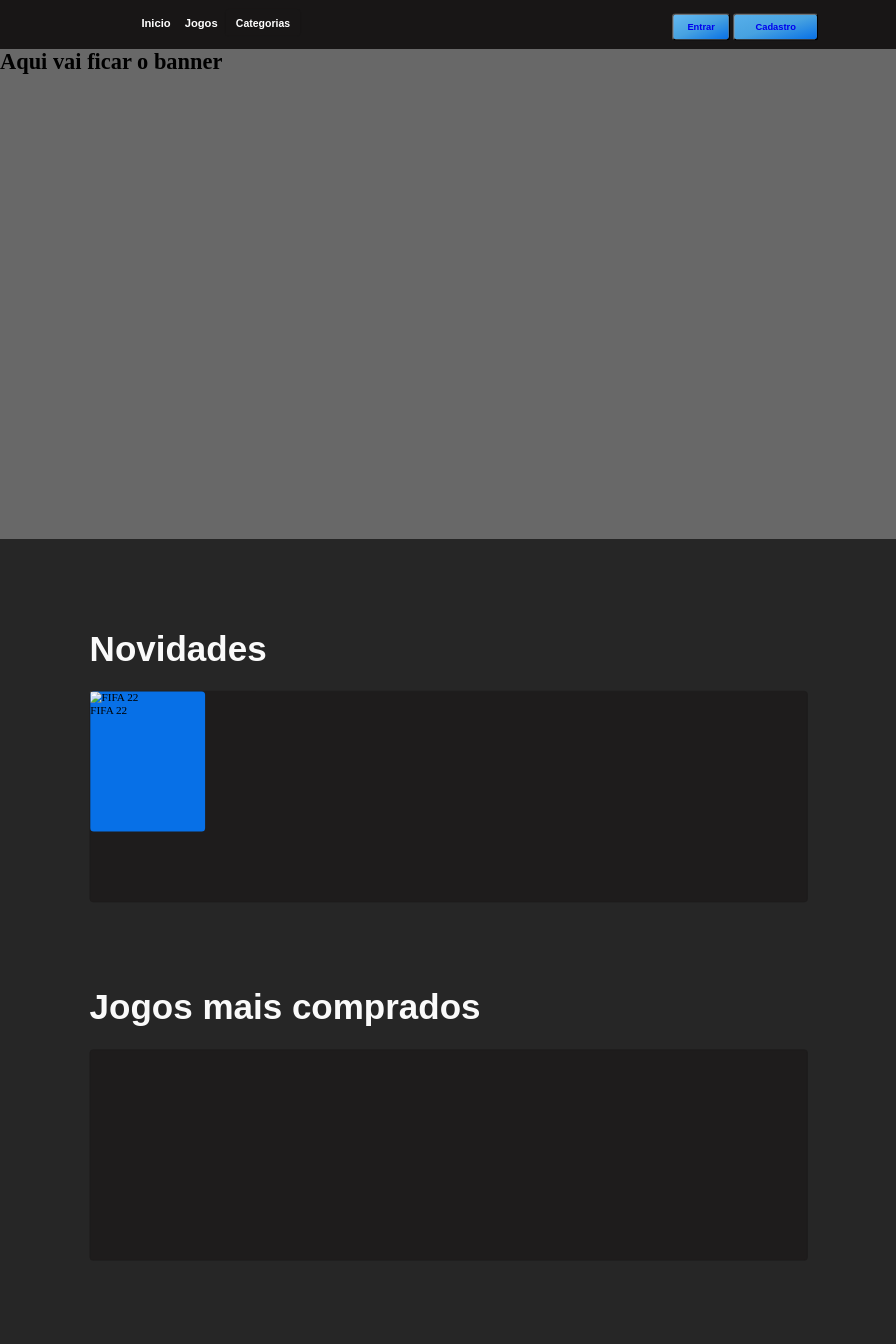
Repository: MarcoantonioCaldeira/Projeto-Go-Gamming
Page: /
The author's editor kept a copy of each file at every save. The page is drawn from the files as they stood at one save, then again after the next save.
The browser window is 1280 px wide. The pictures show the part of the page from y = 0 to 1920 px (the page is 3570 px tall), at 70% of full size.
The project was rebuilt for these pictures with package versions that can differ from the ones it lists, and the page was loaded fresh each time. Also part of the build but not shown: src/pages/Jogos/Jogos.js, src/pages/Categorias/Acao.js, src/pages/Categorias/Aventura.js, src/pages/Categorias/Arcades.js, src/pages/Categorias/Familia.js, src/pages/Categorias/Independentes.js, src/pages/Categorias/Jogos_RPG.js, src/pages/Categorias/Gratuitos.js and 4 more.

Above is the page before, as saved 2023-02-13 19:29:42.

### src/App.js
import ReactDOM from "react-dom/client";
import "./fonts/Poppins.ttf";
import { BrowserRouter, Routes, Route } from "react-router-dom";

import Menu from "./pages/Menu/Menu";
import Inicio from "./pages/Inicio/Inicio";

//Categorias
import Jogos from "./pages/Jogos/Jogos";
import Acao from "./pages/Categorias/Acao";
import Aventura from "./pages/Categorias/Aventura";
import Arcades from "./pages/Categorias/Arcades";
import Familia from "./pages/Categorias/Familia";
import Independentes from "./pages/Categorias/Independentes";
import Jogos_RPG from "./pages/Categorias/Jogos_RPG";
import Gratuitos from "./pages/Categorias/Gratuitos";
import Terror from "./pages/Categorias/Terror";
import Suspence from "./pages/Categorias/Suspence";


import Login from "./pages/Login/Login";
import Cadastro from "./pages/Cadastro/Cadastro";

function App() {
  return (
   <BrowserRouter>
    <Routes>
      <Route path="/" element={<Menu />}>
          <Route index element={<Inicio />} />
          <Route path="jogos" element={< Jogos />} />
            <Route path="Acao" element={<Acao />} />
            <Route path="Aventura" element={<Aventura />} />
            <Route path="Arcades" element={<Arcades />} />
            <Route path="Familia" element={<Familia />} />
            <Route path="Independentes" element={<Independentes />} />
            <Route path="Jogos_RPG" element={<Jogos_RPG />} />
            <Route path="Gratuitos" element={<Gratuitos />} />
            <Route path="Terror" element={<Terror />} />
            <Route path="Suspence" element={<Suspence />} />
          <Route path="Login" element={<Login />} />
          <Route path="Cadastro" element={<Cadastro />} />
        </Route>
    </Routes>
   </BrowserRouter>
  );
}

const root = ReactDOM.createRoot(document.getElementById('root'))
root.render(<App />);

export default App;

### src/pages/Menu/Menu.js
import { Outlet, Link } from "react-router-dom";
import './estilo.css';


const Menu = () => {
  return (
      <>
        <nav id="nav_bar">
          <ul id="menu">
            <li>
              <Link to="/">Inicio</Link>
            </li>
            <li>
              <Link to="/Jogos">Jogos</Link>
            </li>
            <div class="dropdown" >
              <button class="dropbtn">Categorias</button>
                  <div class="dropdown-content">
                    <a><Link to="./Acao">Ação</Link></a>
                    <a><Link to="./Aventura">Aventura</Link></a>
                    <a><Link to="./Arcades">Arcades</Link></a>
                    <a><Link to="./Familia">Familia</Link></a>
                    <a><Link to="./Independentes">Independetes</Link></a>
                    <a><Link to="./Jogos_RPG">Jogos_RPG</Link></a>
                    <a><Link to="./Gratuitos">Gratuitos</Link></a>
                    <a><Link to="./Terror">Torror</Link></a>
                    <a><Link to="./Suspence">Suspence</Link></a>
                  </div>
            </div>
          </ul>
          <div id="area_cliente">
            <button class="area_cliente_login"><Link to="./Login">Entrar</Link></button>
            <button class="area_cliente_cadastro"><Link to="./Cadastro">Cadastro</Link></button>
          </div>
        </nav>
        <Outlet />
      </>
  )
};

export default Menu;

### src/pages/Inicio/Inicio.js
import "./estilo.css";
import  Rodape from  "../rodape/rodape";
import ItemJogo from "../Item_Jogo";


const Inicio = () => {

    return(
        <div>

            <div id="Local_Img">
                <h1>Aqui vai ficar o banner</h1>
            </div>
            <div id="Corpo_Site">

                <div id="Area_Principal">

                    <h2 class="h1_novidades">Novidades</h2>

                    <div id="Area_Novidades">
                        <ItemJogo jogo="FIFA 22" imagem=""/>
                    </div>
                </div>


                <div id="Area_Principal_2">

                    <h2 class="h1_mais_comprados">Jogos mais comprados</h2>

                    <div id="Area_Mais_Comprados">

                    </div>
                </div>

            </div>
            <Rodape />
        </div>
    )
}

export default Inicio;

### src/pages/Menu/estilo.css

*{
    text-decoration: none;
    margin: 0;
    padding: 0;
}

#nav_bar{
    width: 100%;
    height: 70px;
    background-color: #181616;
}

#menu{
    width:20%;
    height: 70px;
    margin-left: 15%;
    /* background-color: red; */
    list-style:none;
}

#nav_bar li{
    position:relative;
    float:left;
}

#nav_bar li a{
    text-decoration:none;
    padding:5px 10px;
    margin-top: 30%;
    display:block;
    color: white;
    font-weight: 700;
    font-family: 'Montserrat', sans-serif;
}



/* DropDown Button */

.dropdown {
    position: relative;
    display: inline-block;
}


.dropbtn{
    position: relative;
    background-color: #181616;
    padding: 10px 15px;
    font-size: 15px;
    margin-top: 12%;
    font-family: 'Montserrat', sans-serif;
    font-weight: 700;
    border: 1px solid;
    border-radius: 5px;
    border-color: #181616;
    color: white;
}


.dropdown-content {
    display: none;
    position: absolute;
    background-color: #222121;
    font-size: 80%;
    font-weight: 700;
    font-family: 'Montserrat', sans-serif;
    min-width: 80px;
    box-shadow: 0px 8px 16px 0px rgba(0,0,0,0.2);
    z-index: 1;
  }

  .dropdown-content a {
    color: white;
    padding: 12px 16px;
    text-decoration: none;
    display: block;
  }

  .dropdown-content a:hover {background-color: #2b2a2a}

  .dropdown:hover .dropdown-content {
    display: block;
  }

  /* Area do Cliente */

  #area_cliente{
    position: relative;
    width: 20%;
    margin-left: 75%;
    margin-top: -6%;
    height: 70px;
    text-decoration: none;
  }

  .area_cliente_login{
    padding: 10px 20px;
    font-weight: 700;
    border-radius: 5px;
    color: white;
    background-image:  linear-gradient(to bottom right,#64b9f2, #47A2E0, #0770E7);
    font-family: 'Montserrat', sans-serif;
    border-color: none;
  }

  .area_cliente_cadastro{
    margin-top: 10%;
    padding: 10px 30px;
    font-weight: 700;
    margin-left: 4px;
    color: white;
    border-radius: 5px;
    background-image:  linear-gradient(to bottom right,#57afea,#47A2E0, #0770E7);
    font-family: 'Montserrat', sans-serif;
    border-color: none;
  }

### src/pages/Inicio/estilo.css

#Local_Img{
    background-color: rgb(104, 104, 104);
    width: 100%;
    height: 700px;
}

#Corpo_Site{
    width: 100%;
    background-color: #262626;
    height: 2500px;
}

#RodapeSite{
    width: 100%;
    height: 300px;
    background-color: #181616;
}

/* Estilizando as categorias */

/* Novides do mês */
#Area_Principal{
    position: absolute;
    width: 80%;
    height:450px;
    /* background-color: blue; */
    margin-left: 10%;
    margin-top: 10%;
}


.h1_novidades{
    font-family: Arial, Helvetica, sans-serif;
    color: #FAFAFA;
    font-size: 50px;

}

#Area_Novidades{
    position: relative;
    margin-top: 3%;
    width: 100%;
    height: 300px;
    /* margin-left: 10%; */
    border-radius: 5px;
    border: 1px solid #1E1C1C;
    background-color: #1E1C1C;
}


/* Jogos mais vendidos */

#Area_Principal_2{
    position: absolute;
    width: 80%;
    /* background-color: red; */
    height:450px;
    margin-left: 10%;
    margin-top: 50%;
}

.h1_mais_comprados{
    font-family: Arial, Helvetica, sans-serif;
    color: #FAFAFA;
    font-size: 50px;
}

#Area_Mais_Comprados{
    position: relative;
    margin-top: 3%;
    width: 100%;
    height: 300px;
    /* margin-left: 10%; */
    border-radius: 5px;
    border: 1px solid #1E1C1C;
    background-color: #1E1C1C;
}

### src/pages/rodape/rodape.js


const rodape = () => {

    return(
        <div id="RodapeSite">
            <h2>Aqui é o rodape</h2>
        </div>
    )
}

export default rodape;

### src/pages/Item_Jogo/index.js
import React from "react";
import './estilo.css';

export default function ItemJogo(props){
    return (
        <div className="corpo">

            <img className="imagemJogo" src={props.imagem} alt={props.jogo}/>

            <div className="NomeJogo">
                {props.jogo}
            </div>
        </div>
    )
}

### src/pages/Item_Jogo/estilo.css
.corpo{
    width: 16%;
    height: 200px;
    border-radius: 5px;
    background-color: #0770E7;
}

Loaded but not shown: public/index.html (common file); src/index.js (common file); src/reportWebVitals.js (common file)

After the next save:
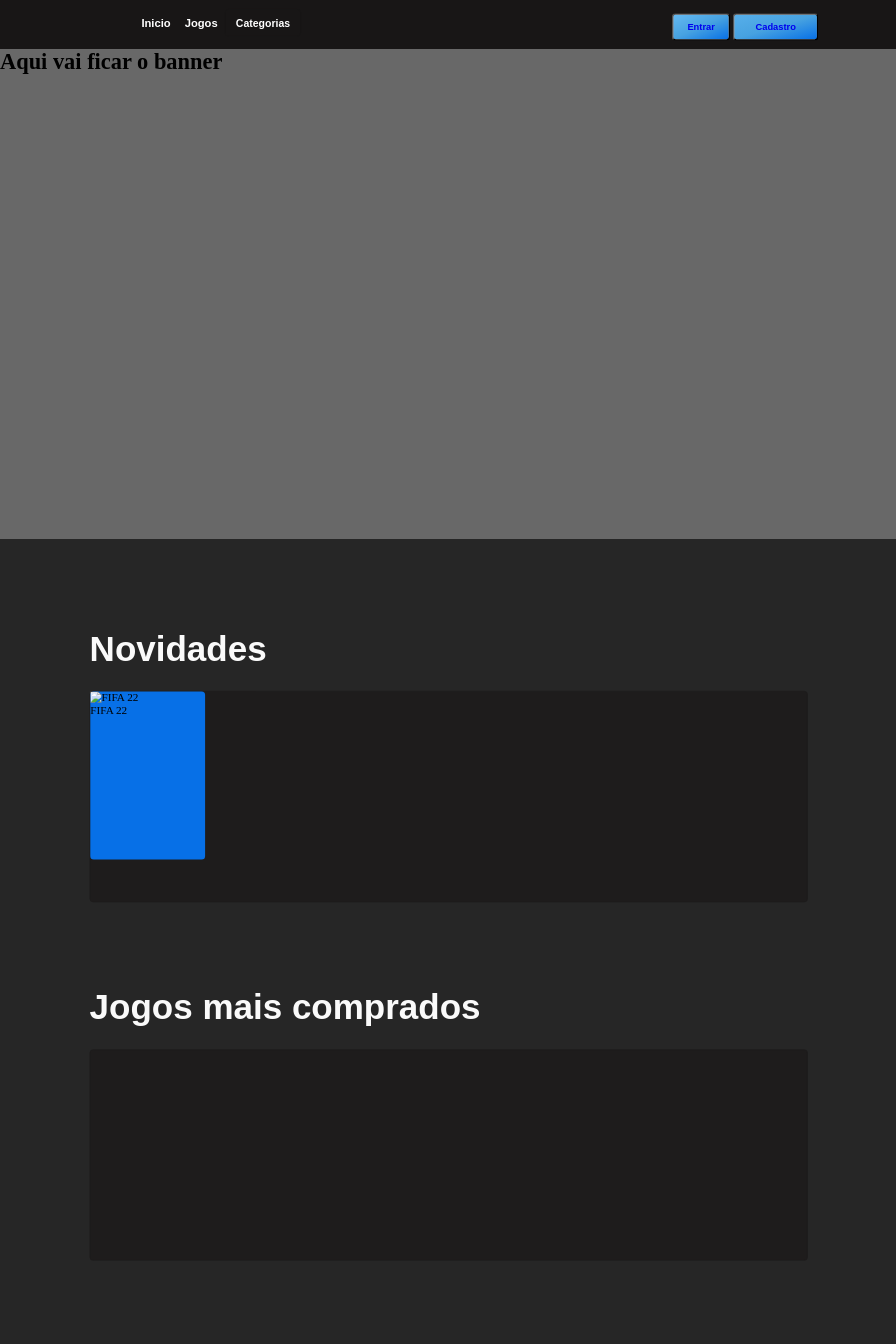
Saved 7 s later.
--- a/src/pages/Item_Jogo/estilo.css
+++ b/src/pages/Item_Jogo/estilo.css
@@ -1,6 +1,6 @@
 .corpo{
     width: 16%;
-    height: 200px;
+    height: 240px;
     border-radius: 5px;
     background-color: #0770E7;
 }
